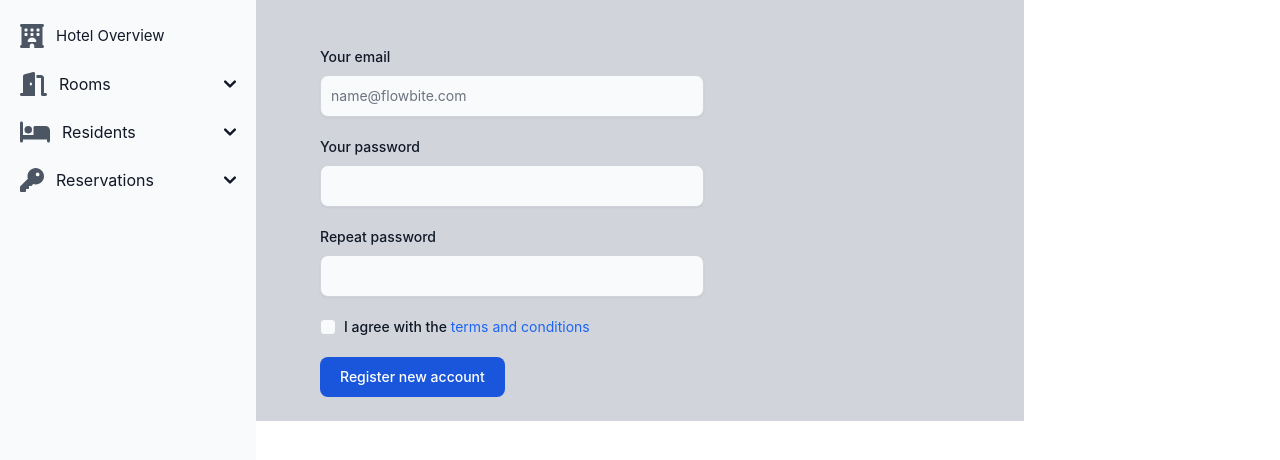
Repository: aggepap/hotelReservationsProj
Page: /rooms/add (app in admin-panel/)
An editor plug-in stored every save of this project. The page is shown before and after the next save, followed by the edit.
The browser window is 1280 px wide. The pictures show the whole page.
The project was rebuilt for these pictures with package versions that can differ from the ones it lists, and the page was loaded fresh each time. Also part of the build but not shown: admin-panel/vite.config.ts, admin-panel/src/views/HomeView.vue.

Above is the page before, as saved 2025-01-19 15:50:35.

After the next save:
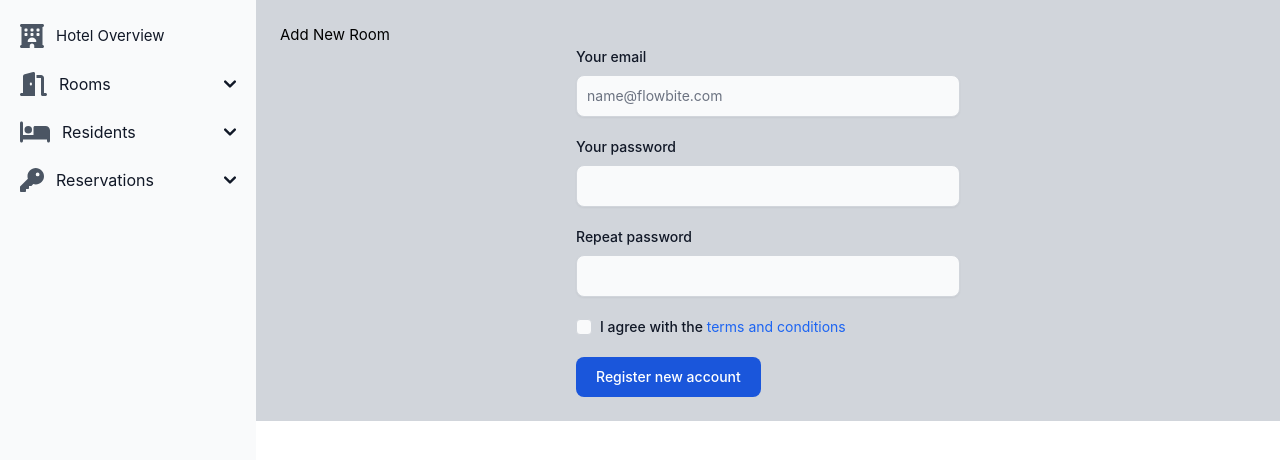
Saved 11 s later.
--- a/admin-panel/src/App.vue
+++ b/admin-panel/src/App.vue
@@ -174,7 +174,7 @@ import { faKey } from "@fortawesome/free-solid-svg-icons";
       </div>
     </aside>
 
-    <main class="flex items-start h-screen w-full pr-64">
+    <main class="flex items-start h-screen w-full pl-64">
       <div class="mx-auto w-full md:p-6 bg-gray-300 pt-12">
         <RouterView />
       </div>
